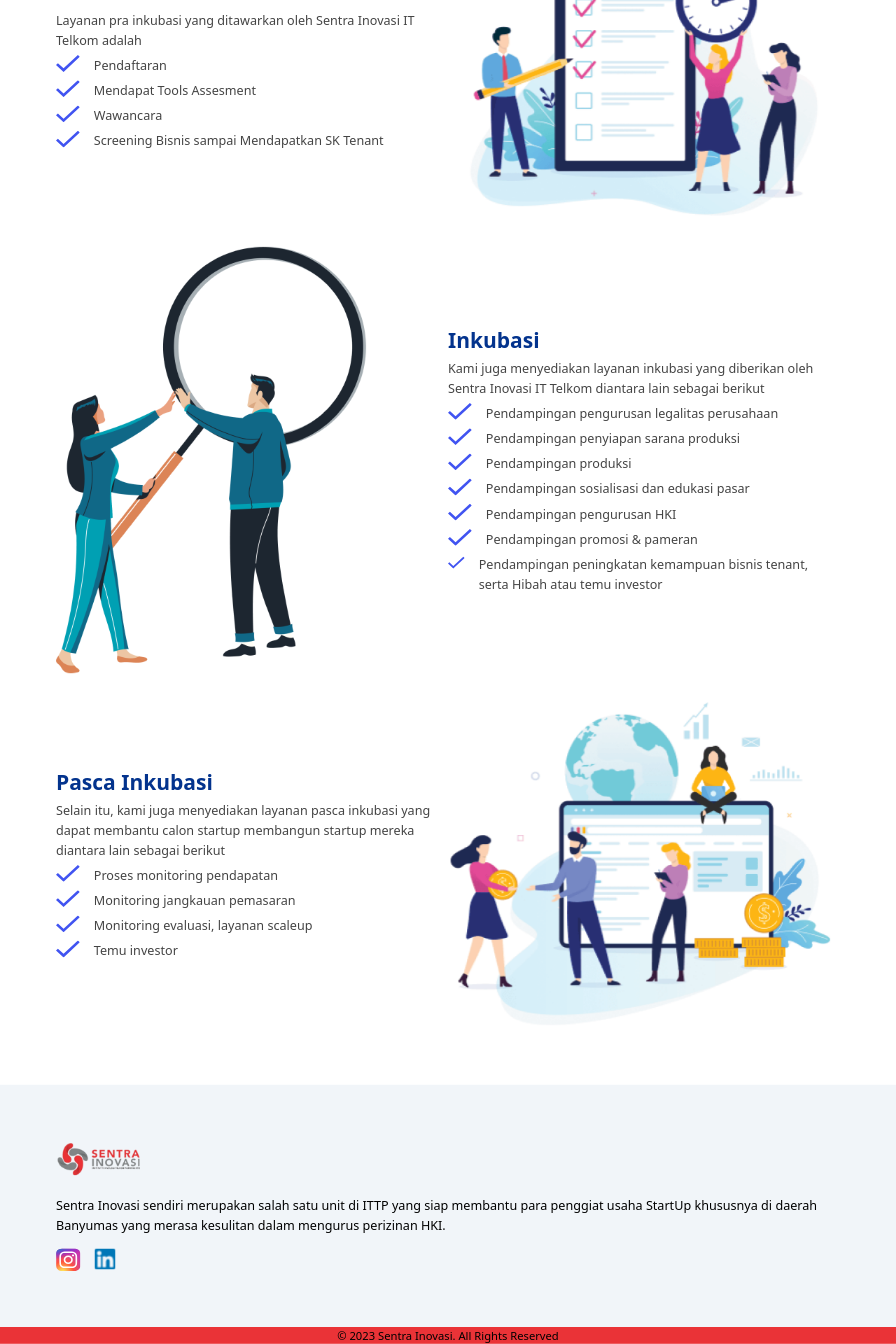
Repository: whytrno/sinovi-products
Page: /
The author's editor kept a copy of each file at every save. The page is drawn from the files as they stood at one save, then again after the next save.
The browser window is 1280 px wide. The pictures show the part of the page from y = 1854 to 3774 px (the page is 3774 px tall), at 70% of full size.
The project was rebuilt for these pictures with package versions that can differ from the ones it lists, and the page was loaded fresh each time. The framework's server and built-in components were replaced by stand-ins that run in the browser. Also part of the build but not shown: next.config.js, components/Produk.js.

Above is the page before, as saved 2023-02-24 12:18:09.

### pages/index.js
import Footer from "@/components/Footer";
import Hero from "@/components/Hero";
import Layanan from "@/components/Layanan";
import Navbar from "@/components/Navbar";
import Produk from "@/components/Produk";
import VisiMisi from "@/components/VisiMisi";

export default function Home() {
  return (
    <div>
      <Navbar />
      <Hero />
      <VisiMisi />
      <Layanan />
      {/* <Produk /> */}
      <Footer />
    </div>
  )
}

### components/Footer.js
import InstagramIcon from "./Icon/InstagramIcon";
import LinkedinIcon from "./Icon/LinkedinIcon";

export default function Footer() {
    return (
        <>
            <div className="px-20 2xl:px-60 py-20 w-full bg-slate-100 space-y-5">
                <img src="./logo/sinovi.png" />
                <p className="text-lg">Sentra Inovasi sendiri merupakan salah satu unit di ITTP yang siap membantu para penggiat usaha StartUp khususnya di daerah Banyumas yang merasa kesulitan dalam mengurus perizinan HKI.</p>

                <div className="flex gap-5">
                    <InstagramIcon />
                    <LinkedinIcon />
                </div>
            </div>
            <div className="bg-[#EA3337] w-full">
                <p className="text-center">© 2023 Sentra Inovasi. All Rights Reserved</p>
            </div>
        </>
    )
}

### components/Hero.js
import Link from "next/link";

export default function Hero() {
    return (
        <div className="relative w-full h-screen flex items-center justify-between px-20 2xl:px-60">
            <img src="/images/hero-bg.jpg" alt="hero" className="w-full h-full object-cover absolute top-0 left-0 -z-10" />
            <div className="space-y-10">
                <h1 className="font-semibold text-5xl 2xl:text-6xl text-primary">Mulai bisnis bersama <br></br> Sentra Inovasi</h1>
                <Link href="/" className="font-semibold text-xl w-min whitespace-nowrap py-3 px-20 bg-secondary rounded-lg text-white block">Tentang Kami</Link>
            </div>
            <div>
                <img src="/images/hero.png" alt="hero" />
            </div>
        </div>
    )
}

### components/Layanan.js
import Child from "./Layanan/Child";
import List from "./Layanan/List";

export default function Layanan() {
    return (
        <div className="py-20 px-20 2xl:px-60 space-y-10">
            <div className="text-center space-y-3">
                <h1 className="text-4xl text-title font-semibold">LAYANAN</h1>
                <div className="flex justify-center">
                    <p className="text-paragraph w-1/2 text-center text-lg">Hal yang paling utama yang harus diketahui, bahwa tujuan Sentra Inovasi adalah untuk meningkatkan produk inovasi yang memberi manfaat bagi masyarakat dan memiliki nilai bisnis.</p>
                </div>
            </div>

            <Child dirrection="left" title="Pra Inkubasi" desc="Layanan pra inkubasi yang ditawarkan oleh Sentra Inovasi IT Telkom adalah" img="./images/layanan1.png" lists={["Pendaftaran", "Mendapat Tools Assesment", "Wawancara", "Screening Bisnis sampai Mendapatkan SK Tenant"]} />

            <Child dirrection="right" title="Inkubasi" desc="Kami juga menyediakan layanan inkubasi yang diberikan oleh Sentra Inovasi IT Telkom diantara lain sebagai berikut" img="./images/layanan2.png" lists={["Pendampingan pengurusan legalitas perusahaan", "Pendampingan penyiapan sarana produksi", "Pendampingan produksi", "Pendampingan sosialisasi dan edukasi pasar", "Pendampingan pengurusan HKI", "Pendampingan promosi & pameran", "Pendampingan peningkatan kemampuan bisnis tenant, serta Hibah atau temu investor"]} />

            <Child dirrection="left" title="Pasca Inkubasi" desc="Selain itu, kami juga menyediakan layanan pasca inkubasi yang dapat membantu calon startup membangun startup mereka diantara lain sebagai berikut" img="./images/layanan3.png" lists={["Proses monitoring pendapatan", "Monitoring jangkauan pemasaran", "Monitoring evaluasi, layanan scaleup", "Temu investor"]} />
        </div>
    )
}

### components/Navbar.js
import Link from "next/link";

export default function Navbar() {
    return (
        <div className="flex items-center justify-between p-5 2xl:px-60 shadow-xl">
            <div className="flex items-center gap-5">
                <img src="logo/ittp.png" alt="Ittp Logo" />
                <img src="logo/bdv.png" alt="BDV Logo" />
                <img src="logo/sinovi.png" alt="Sinovi Logo" />
            </div>
            <div className="font-semibold text-primary gap-4 2xl:gap-8 flex items-center">
                <Link href="/" className="text-secondary">Beranda</Link>
                <Link href="/">Ternaku</Link>
                <Link href="/">Calaun</Link>
                <Link href="/">Sisterponik</Link>
                <Link href="/">Sobat Warung</Link>
                <Link href="/">Pak Budi</Link>
                <Link href="/">Viregra</Link>
            </div>
        </div>
    )
}

### components/VisiMisi.js
import Card from "./VisiMisi/Card";

export default function VisiMisi() {
    return (
        <div className="py-20 px-20 2xl:px-60 space-y-10">
            <div className="text-center space-y-3">
                <h1 className="text-4xl text-title font-semibold">VISI MISI SENTRA INOVASI</h1>
                <div className="flex justify-center">
                    <p className="text-paragraph w-1/2 text-center text-lg">Untuk menjadi penggerak hilirisasi produk inovasi dalam menumbuhkan inovasi berbasis teknologi digital di Indonesia</p>
                </div>
            </div>
            <div className="grid grid-cols-2 gap-10">
                <Card logo="logo/visi1.png" desc="Menyelenggarakan pendampingan bagi masyarakat dalam memanfaatkan teknologi digital untuk pengembangan bisnis." />
                <Card logo="logo/visi2.png" desc="Menumbuhkembangkan masyarakat yang mampu memanfaatkan teknologi digital dalam peningkatan kesejahteraan." />
                <Card logo="logo/visi3.png" desc="Meningkatkan kerjasama lokal, nasional, maupun internasional dalam pengembangan bisnis berbasis teknologi digital. " />
                <Card logo="logo/visi4.png" desc="Serta Menciptakan bisnis berbasis teknologi digital yang mandiri dan berdaya saing tinggi." />
            </div>
        </div>
    )
}

### components/Icon/InstagramIcon.js
export default function InstagramIcon() {
    return (
        <svg
            xmlns="http://www.w3.org/2000/svg"
            width="35"
            height="32"
            fill="none"
            viewBox="0 0 42 39"
        >
            <path
                fill="url(#paint0_radial_25_124)"
                d="M21.007 0C12.239 0 9.675.008 9.177.047c-1.8.139-2.919.402-4.138.966a8.381 8.381 0 00-2.413 1.64C1.293 3.938.486 5.52.193 7.397.051 8.31.01 8.496.001 13.154c-.003 1.553 0 3.597 0 6.338 0 8.137.01 10.516.052 10.978.145 1.626.42 2.65 1.001 3.769 1.112 2.142 3.234 3.75 5.734 4.35.866.207 1.822.321 3.05.375.52.021 5.82.036 11.124.036s10.608-.006 11.115-.03c1.421-.062 2.247-.165 3.159-.384a9.063 9.063 0 003.385-1.591 8.292 8.292 0 002.349-2.768c.57-1.092.859-2.155.99-3.696.028-.336.04-5.693.04-11.044 0-5.351-.013-10.699-.041-11.035-.133-1.566-.422-2.619-1.01-3.732a7.786 7.786 0 00-1.798-2.287C37.762 1.2 36.063.45 34.038.179 33.057.047 32.862.009 27.842 0h-6.835z"
            ></path>
            <path
                fill="url(#paint1_radial_25_124)"
                d="M21.007 0C12.239 0 9.675.008 9.177.047c-1.8.139-2.919.402-4.138.966a8.381 8.381 0 00-2.413 1.64C1.293 3.938.486 5.52.193 7.397.051 8.31.01 8.496.001 13.154c-.003 1.553 0 3.597 0 6.338 0 8.137.01 10.516.052 10.978.145 1.626.42 2.65 1.001 3.769 1.112 2.142 3.234 3.75 5.734 4.35.866.207 1.822.321 3.05.375.52.021 5.82.036 11.124.036s10.608-.006 11.115-.03c1.421-.062 2.247-.165 3.159-.384a9.063 9.063 0 003.385-1.591 8.292 8.292 0 002.349-2.768c.57-1.092.859-2.155.99-3.696.028-.336.04-5.693.04-11.044 0-5.351-.013-10.699-.041-11.035-.133-1.566-.422-2.619-1.01-3.732a7.786 7.786 0 00-1.798-2.287C37.762 1.2 36.063.45 34.038.179 33.057.047 32.862.009 27.842 0h-6.835z"
            ></path>
            <path
                fill="#fff"
                d="M20.997 5.1c-4.21 0-4.74.017-6.393.087-1.65.07-2.777.313-3.763.67-1.02.367-1.885.86-2.747 1.66a7.04 7.04 0 00-1.79 2.55c-.384.917-.645 1.964-.72 3.496-.073 1.536-.093 2.027-.093 5.939 0 3.91.019 4.4.094 5.936.076 1.533.337 2.58.72 3.495.397.948.926 1.751 1.788 2.552a7.674 7.674 0 002.746 1.662c.987.356 2.114.599 3.764.669 1.654.07 2.182.087 6.392.087 4.211 0 4.738-.017 6.392-.087 1.65-.07 2.779-.313 3.765-.67a7.668 7.668 0 002.745-1.661 7.04 7.04 0 001.79-2.551c.38-.916.642-1.963.72-3.495.074-1.537.093-2.026.093-5.937 0-3.912-.019-4.402-.093-5.938-.078-1.534-.34-2.58-.72-3.496a7.038 7.038 0 00-1.79-2.55 7.66 7.66 0 00-2.746-1.662c-.988-.356-2.116-.598-3.766-.669-1.654-.07-2.18-.087-6.393-.087h.005zm-1.391 2.596h1.391c4.14 0 4.63.013 6.265.082 1.512.065 2.332.3 2.879.496.724.261 1.24.573 1.782 1.077s.878.984 1.16 1.656c.212.508.465 1.27.534 2.674.074 1.518.09 1.974.09 5.817 0 3.844-.016 4.3-.09 5.818-.07 1.404-.322 2.166-.534 2.673a4.437 4.437 0 01-1.16 1.654 4.844 4.844 0 01-1.782 1.077c-.546.198-1.367.432-2.879.497-1.634.069-2.125.084-6.265.084s-4.63-.015-6.265-.084c-1.512-.065-2.332-.3-2.88-.497a4.852 4.852 0 01-1.782-1.077 4.447 4.447 0 01-1.16-1.655c-.213-.507-.466-1.27-.535-2.673-.074-1.519-.089-1.975-.089-5.82 0-3.846.015-4.3.09-5.818.069-1.404.321-2.166.533-2.674a4.446 4.446 0 011.16-1.656c.543-.504 1.06-.816 1.784-1.077.546-.199 1.367-.433 2.879-.497 1.43-.06 1.984-.078 4.874-.081v.004zm9.667 2.39c-.368 0-.727.102-1.034.292-.306.19-.544.46-.685.776-.14.316-.177.663-.105.998.071.336.249.643.509.885s.592.406.953.473c.36.066.735.032 1.075-.099.34-.13.63-.352.835-.636.204-.285.313-.619.313-.96 0-.955-.834-1.729-1.86-1.729zm-8.276 2.02c-4.397 0-7.962 3.311-7.962 7.396 0 4.084 3.565 7.394 7.962 7.394s7.961-3.31 7.961-7.394c0-4.085-3.564-7.396-7.961-7.396zm0 2.595c2.854 0 5.168 2.15 5.168 4.8 0 2.652-2.314 4.801-5.168 4.801-2.855 0-5.168-2.15-5.168-4.8 0-2.652 2.313-4.8 5.168-4.8z"
            ></path>
            <defs>
                <radialGradient
                    id="paint0_radial_25_124"
                    cx="0"
                    cy="0"
                    r="1"
                    gradientTransform="matrix(0 -38.6519 38.7146 0 11.156 42.004)"
                    gradientUnits="userSpaceOnUse"
                >
                    <stop stopColor="#FD5"></stop>
                    <stop offset="0.1" stopColor="#FD5"></stop>
                    <stop offset="0.5" stopColor="#FF543E"></stop>
                    <stop offset="1" stopColor="#C837AB"></stop>
                </radialGradient>
                <radialGradient
                    id="paint1_radial_25_124"
                    cx="0"
                    cy="0"
                    r="1"
                    gradientTransform="matrix(3.65204 16.94144 -74.74523 16.1127 -7.035 2.81)"
                    gradientUnits="userSpaceOnUse"
                >
                    <stop stopColor="#3771C8"></stop>
                    <stop offset="0.128" stopColor="#3771C8"></stop>
                    <stop offset="1" stopColor="#60F" stopOpacity="0"></stop>
                </radialGradient>
            </defs>
        </svg>
    );
}

### components/Layanan/Child.js
import List from "./List";

function content(title, desc, lists) {
    return (
        <div className="space-y-2 w-1/2">
            <h1 className="text-3xl text-primary font-semibold">{title}</h1>
            <p>{desc}</p>
            {lists.map(list => (
                <List title={list} />
            ))}
        </div>
    )
}
function image(img) {
    return (
        <div>
            <img src={img} />
        </div>
    )
}

export default function Child({ dirrection, title, desc, img, lists }) {
    return (
        <div className="flex justify-between text-lg text-paragraph items-center">
            {dirrection == 'right' ? (
                <>
                    {image(img)}
                    {content(title, desc, lists)}
                </>
            ) : (
                <>
                    {content(title, desc, lists)}
                    {image(img)}
                </>
            )}
        </div>
    )
}

### components/Layanan/List.js
import CheckIcon from "../Icon/CheckIcon";

export default function List({ title }) {
    return (
        <div className="flex gap-5">
            <CheckIcon />
            <p>{title}</p>
        </div>
    )
}

### components/VisiMisi/Card.js
export default function Card({ logo, desc }) {
    return (
        <div>
            <div className="flex items-center shadow-lg p-7 gap-5 text-paragraph rounded-md">
                <img src={logo} className="h-24 w-24" />
                <p>{desc}</p>
            </div>
        </div>
    )
}

### components/Icon/CheckIcon.js
export default function CheckIcon() {
    return (
        <svg
            xmlns="http://www.w3.org/2000/svg"
            width="34"
            height="24"
            fill="none"
            viewBox="0 0 34 24"
        >
            <path
                fill="#4154F1"
                d="M10.805 18.935l-8.06-7.463L0 13.996 10.805 24 34 2.523 31.275 0l-20.47 18.935z"
            ></path>
        </svg>
    );
}

### tailwind.config.js
/** @type {import('tailwindcss').Config} */
module.exports = {
  content: [
    "./app/**/*.{js,ts,jsx,tsx}",
    "./pages/**/*.{js,ts,jsx,tsx}",
    "./components/**/*.{js,ts,jsx,tsx}"
  ],
  theme: {
    extend: {
      colors: {
        primary: "#03338D",
        secondary: "#4154F1",
        title: "#192A48",
        paragraph: "#444444"
      },
    },
    plugins: [],
  }
}

Loaded but not shown: pages/_app.js (common file); pages/_document.js (common file); styles/globals.css (common file); components/Icon/LinkedinIcon.js (library)

After the next save:
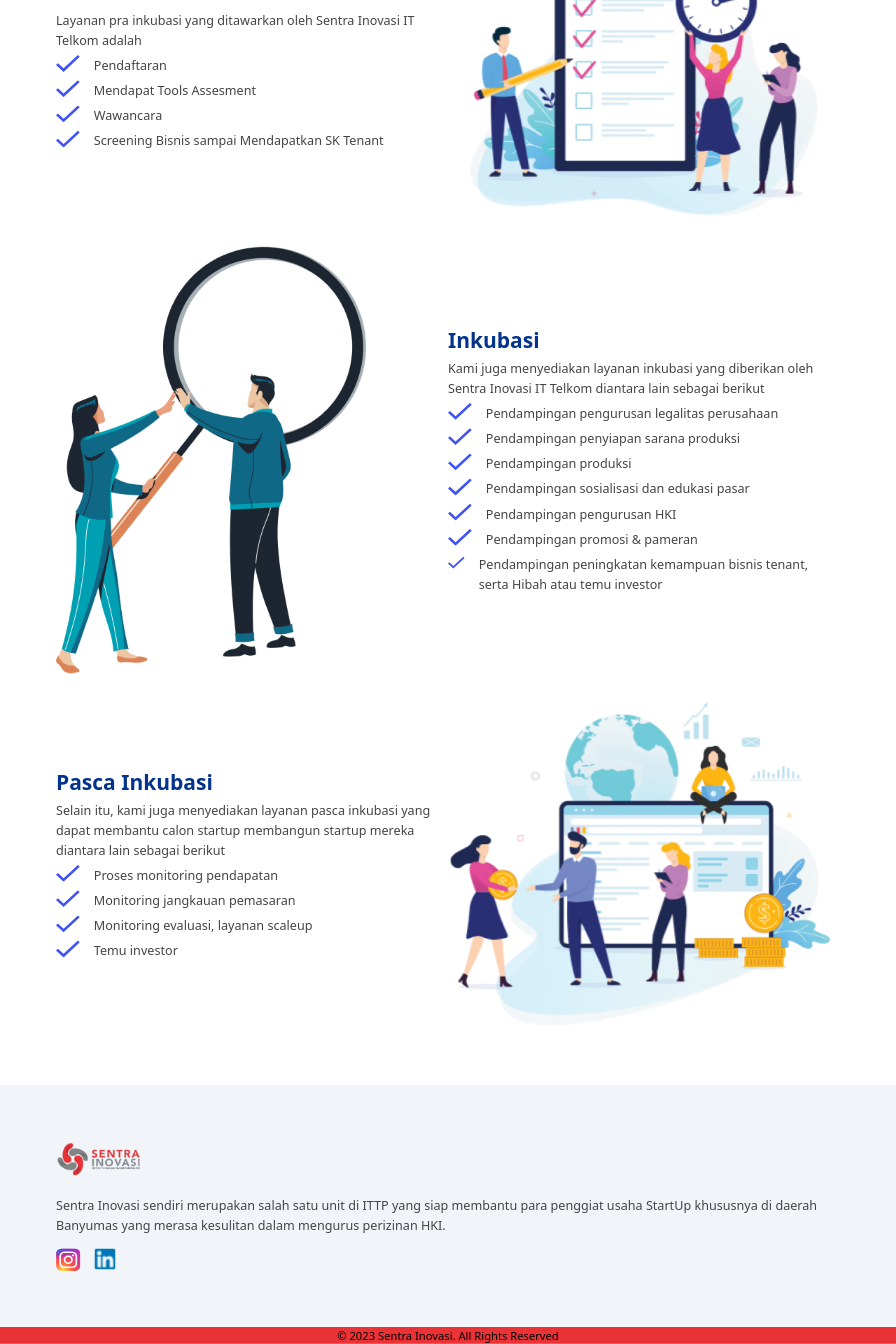
Saved 11 s later.
--- a/components/Footer.js
+++ b/components/Footer.js
@@ -6,7 +6,7 @@
         <>
             <div className="px-20 2xl:px-60 py-20 w-full bg-slate-100 space-y-5">
                 <img src="./logo/sinovi.png" />
-                <p className="text-lg">Sentra Inovasi sendiri merupakan salah satu unit di ITTP yang siap membantu para penggiat usaha StartUp khususnya di daerah Banyumas yang merasa kesulitan dalam mengurus perizinan HKI.</p>
+                <p className="text-lg text-paragraph">Sentra Inovasi sendiri merupakan salah satu unit di ITTP yang siap membantu para penggiat usaha StartUp khususnya di daerah Banyumas yang merasa kesulitan dalam mengurus perizinan HKI.</p>
 
                 <div className="flex gap-5">
                     <InstagramIcon />
